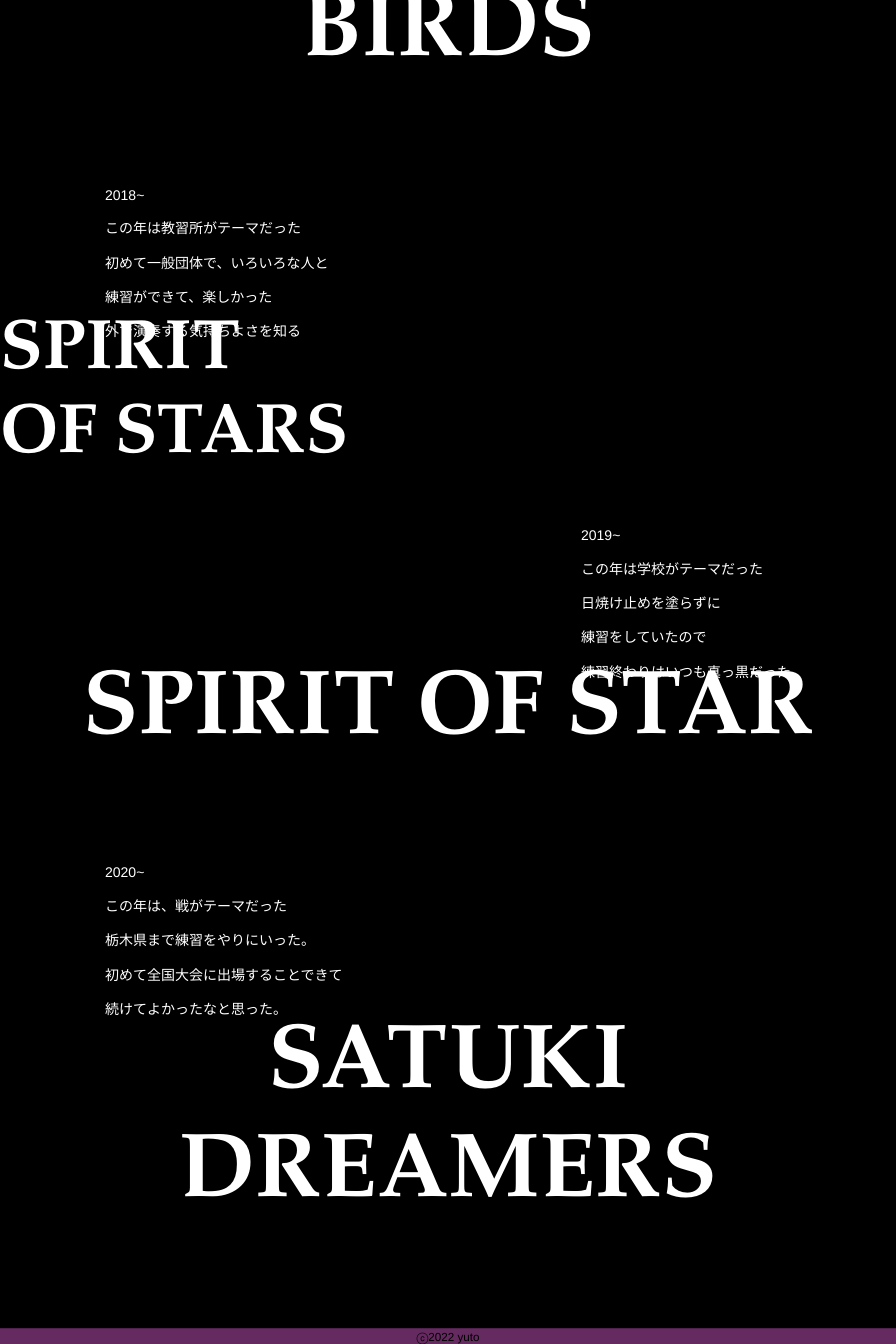
Repository: yutosoma/profile
Page: yuto/marching.html
The author's editor kept a record of every edit. The page is drawn from the files as they stood at one moment, then again after the next edit.
The browser window is 1280 px wide. The pictures show the part of the page from y = 2219 to 4139 px (the page is 4139 px tall before and 3960 px after), at 70% of full size.

Above is the page before.
Console error: TypeError: Cannot read properties of null (reading 'addEventListener')

After the next edit:
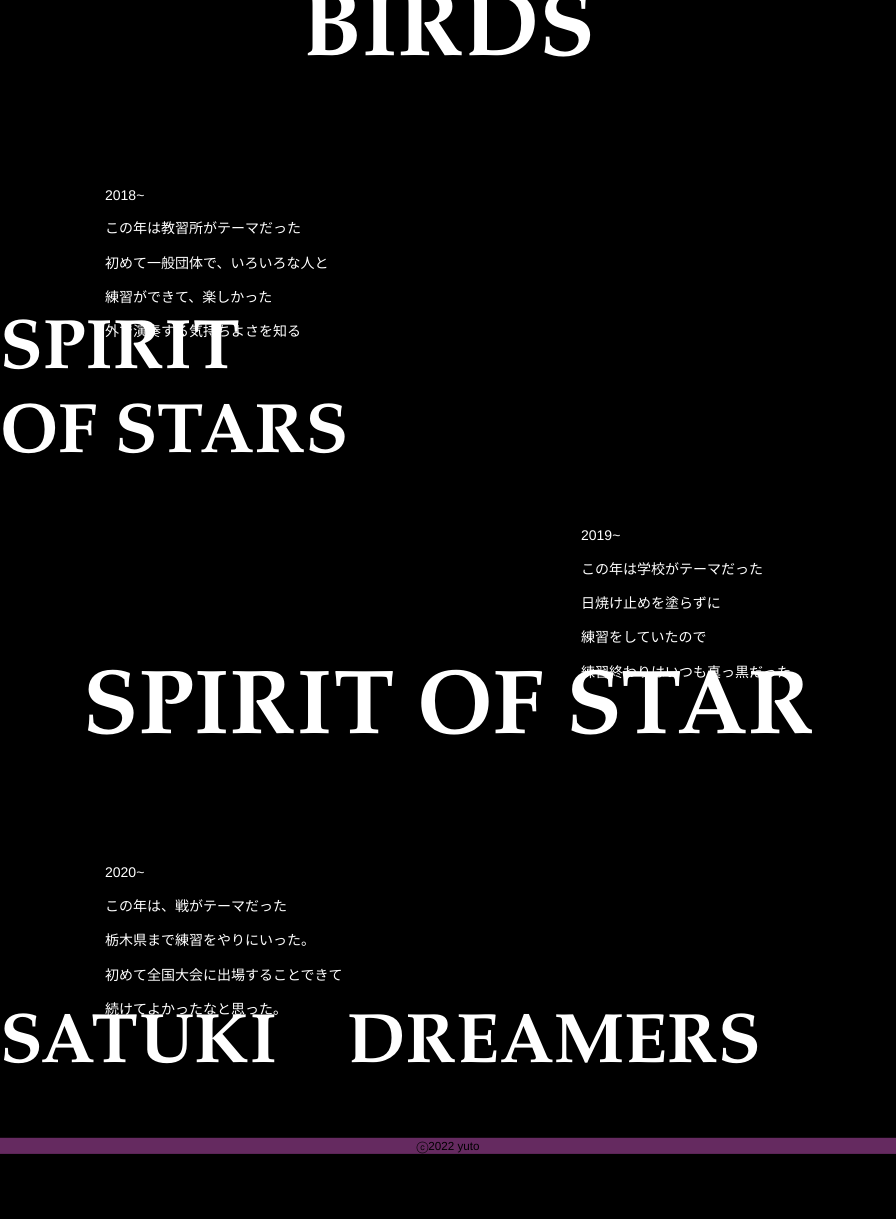
The edit:
--- a/yuto/marching.html
+++ b/yuto/marching.html
@@ -77,7 +77,7 @@
          </div>
          <P><img src="image/mar6.png" class= "mar6"></P>
     </div>
-    <h3>SATUKI　DREAMERS</h3>
+    <h3 class="left">SATUKI　DREAMERS</h3>
 
     <script src="marching.js"></script>
 
